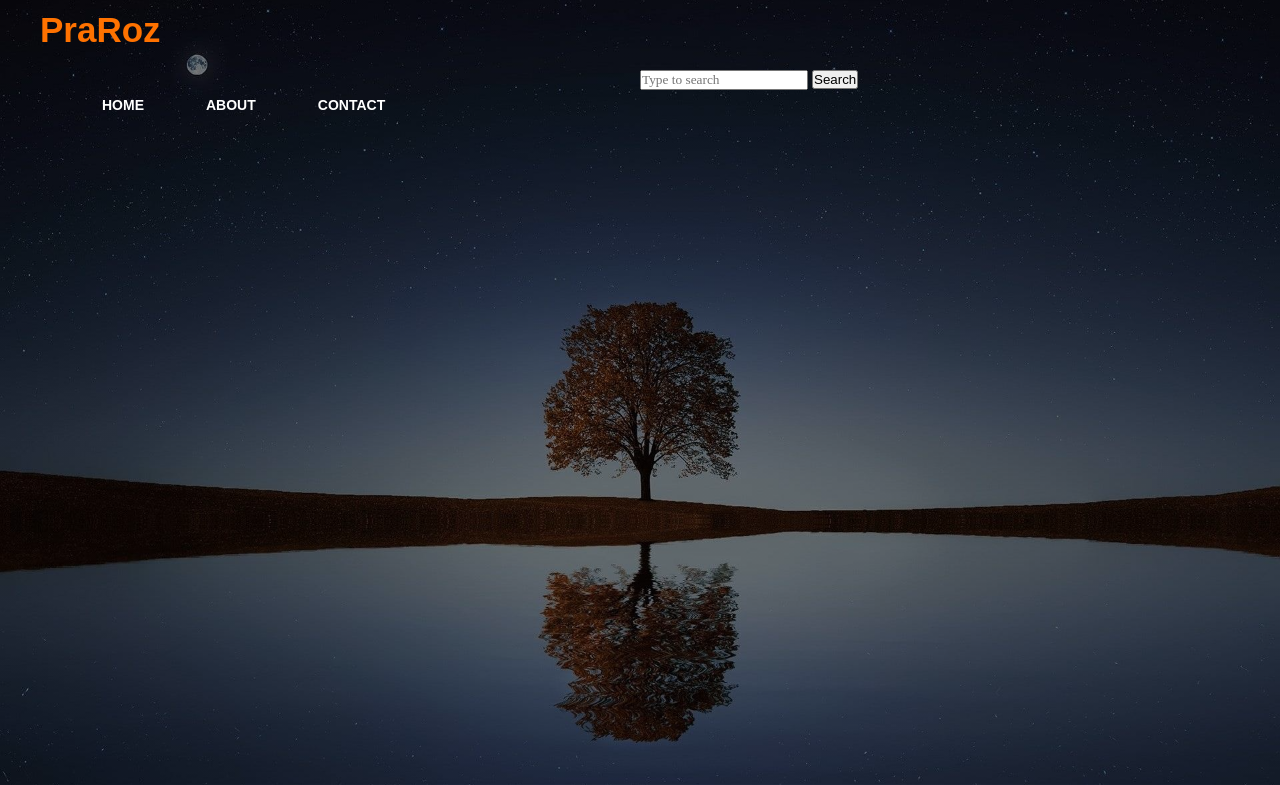
Repository: Cedrqmwesigwa/web-design-course
Page: index.html
An editor plug-in stored every save of this project. The page is shown before and after a run of saves, followed by the edit.
The browser window is 1280 px wide. The pictures show the whole page.

Above is the page before, as saved 2024-04-03 19:56:08.

### index.html
<!DOCTYPE html>
<html lang="en">
<head>
    <title>My Website</title>
    <link rel="stylesheet" href="style.css"/>
</head>
<body>
    <div class="main">
        <div class="navbar">
            <div class="icon">
                <h2 class="logo">PraRoz</h2>
            </div>
            <div class="menu">
                <ul>
                    <li><a href="#">HOME</a></li>
                    <li><a href="#">ABOUT</a></li>
                    <li><a href="#">CONTACT</a></li>
                </ul>
            </div>
            <div class="search">
                <input type="search" class="srch" name="" placeholder="Type to search">
                <a href="#"><button class="btn">Search</button></a>
            </i></div>
        </div>
    </div>


</body>
</html>

### style.css
*{
    margin: 0;
    padding: 0;
}

.main{
    width: 100% ;
    background: linear-gradient(to top, rgba(0,0,0,0.5)50%, rgba(0, 0, 0, 0.5)50%), url(1.jpg);
    background-position: center;
    background-size: cover;
    height: 109vh;
}

.navbar{
    width: 1200px;
    height: 75px;
    margin:  auto;
}

.icon{
    width: 200px;
    font: left;
    height: 70px;
}

.logo {
    color: #ff7200;
    font-size: 35px;
    font-family: Arial;
    float: left;
    padding-top: 10px;
}

.menu{
    width: 400px;
    float: left;
    height: 70px;
}

ul{
    float: left;
    display: flex;
    justify-content: center;
    align-items: center;
}

ul li{
    list-style: none;
    margin-left: 62px;
    margin-top: 27px;
    font-size: 14px;
}

ul li a{
    text-decoration: none;
    color: white;
    font-family: Arial;
    font-weight: bold;
    transition: .4 ease-in-out;
}

ul li a:hover{
    color:#ff7200
}

.search{
    width: 330px;
    float: left;
    margin-left: 200px;
}

.srch{
    font-family: "Times New Roman";
    width: ;


}

After the next 2 saves:
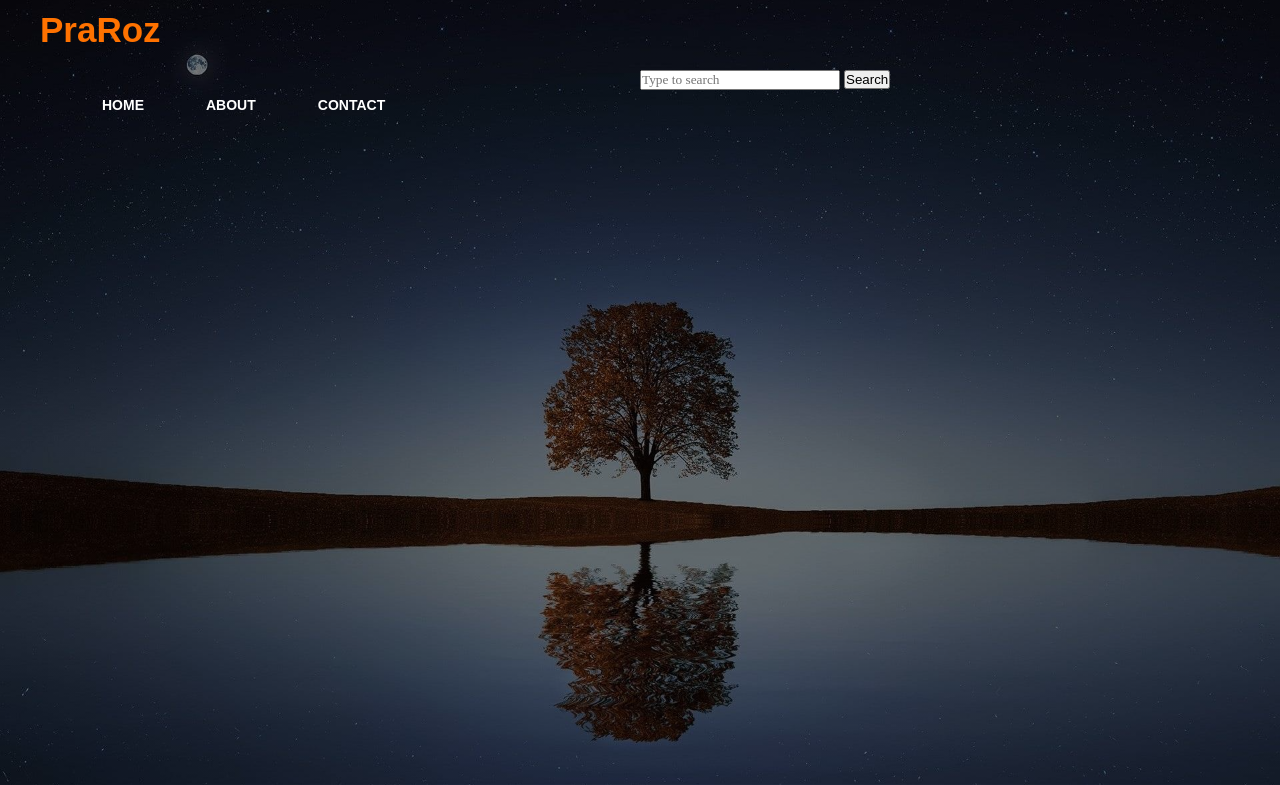
The 2 saves are shown as one change because they came seconds apart.
The last was saved 8 s later.
--- a/style.css
+++ b/style.css
@@ -71,7 +71,8 @@ ul li a:hover{
 
 .srch{
     font-family: "Times New Roman";
-    width: ;
+    width: 200px;
+
 
 
 }
